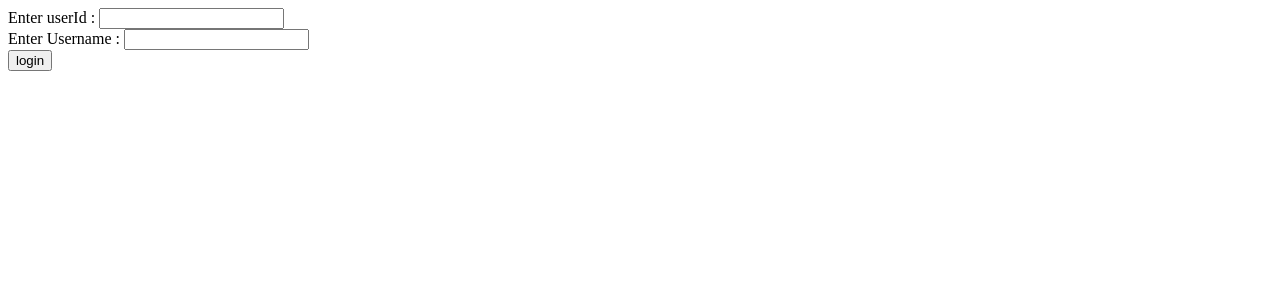
Repository: SriMerla/ServletsAndJsps
Page: http://localhost/WebApplicationProject/roles.jsp
The author's editor kept a copy of each file at every save. The page is drawn from the files as they stood at one save, then again after the next save.
The browser window is 1280 px wide. The pictures show the whole page.
The page is served by Tomcat 9. Other server files are loaded and not shown.

Above is the page before, as saved 2020-01-29 20:48:42.

### Servlets/WebApplicationProject/WebContent/roles.jsp
<%@ page language="java" contentType="text/html; charset=ISO-8859-1"
    pageEncoding="ISO-8859-1"%>
     <%@page import="java.sql.*" %>
<!DOCTYPE html PUBLIC "-//W3C//DTD HTML 4.01 Transitional//EN" "http://www.w3.org/TR/html4/loose.dtd">
<html>
<head>
<meta http-equiv="Content-Type" content="text/html; charset=ISO-8859-1">
<title>Roles</title>
</head>
<body>

       <form action="login" method="post">

   Enter userId : <input type="password" name="userId"><br>
   Enter Username : <input type="text" name="username"><br>
   <input type="submit" value="login">

  </form>


</body>
</html>

After the next save:
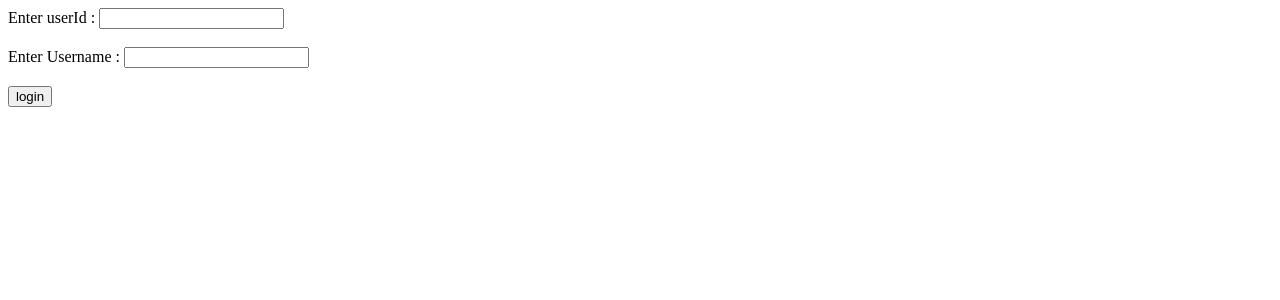
Saved 37 s later.
--- a/Servlets/WebApplicationProject/WebContent/roles.jsp
+++ b/Servlets/WebApplicationProject/WebContent/roles.jsp
@@ -11,8 +11,8 @@
 
        <form action="login" method="post">
 
-   Enter userId : <input type="password" name="userId"><br>
-   Enter Username : <input type="text" name="username"><br>
+   Enter userId : <input type="password" name="userId"><br><br>
+   Enter Username : <input type="text" name="username"><br><br>
    <input type="submit" value="login">
 
   </form>
